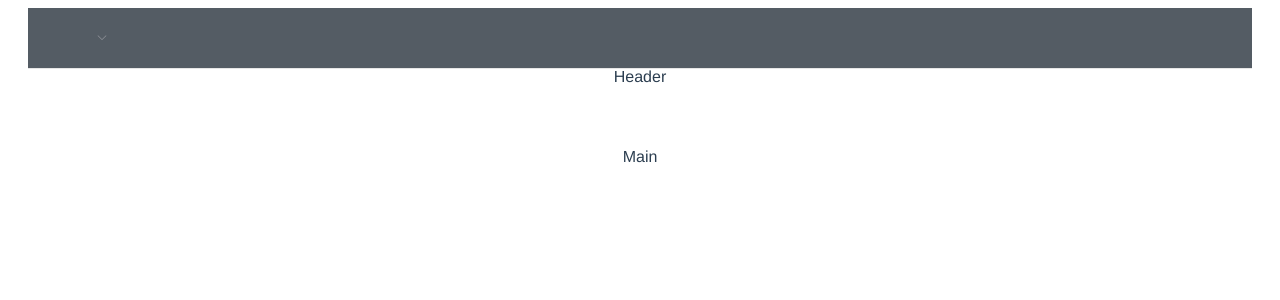
Repository: TheWomanLiketheWind/woodpecker
Page: /
The author's editor kept a copy of each file at every save. The page is drawn from the files as they stood at one save, then again after the next save.
The browser window is 1280 px wide. The pictures show the whole page.
The project was rebuilt for these pictures with package versions that can differ from the ones it lists, and the page was loaded fresh each time. Imported but missing from the stored project, and not drawn on this page: src/views/About.vue.

Above is the page before, as saved 2019-07-25 14:14:21.

After the next save:
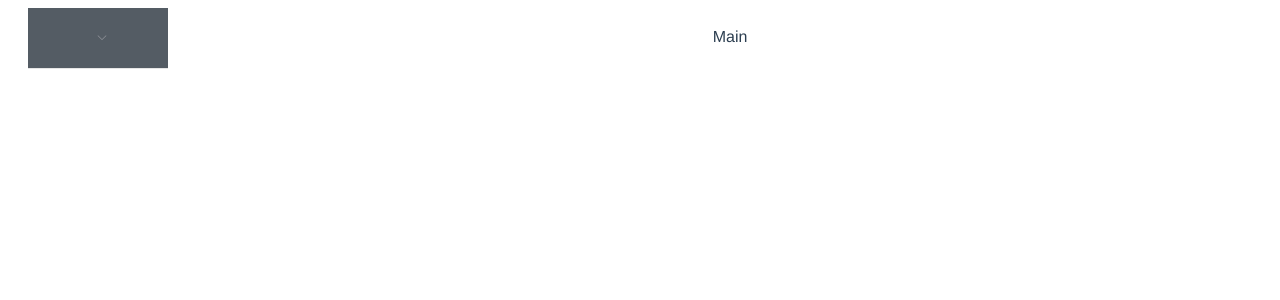
Saved 7 s later.
--- a/src/views/Home.vue
+++ b/src/views/Home.vue
@@ -2,7 +2,6 @@
   <el-container>
 
     <Head></Head>
-    <el-header>Header</el-header>
     <el-main>Main</el-main>
   </el-container>
   <!-- <div class="home">
